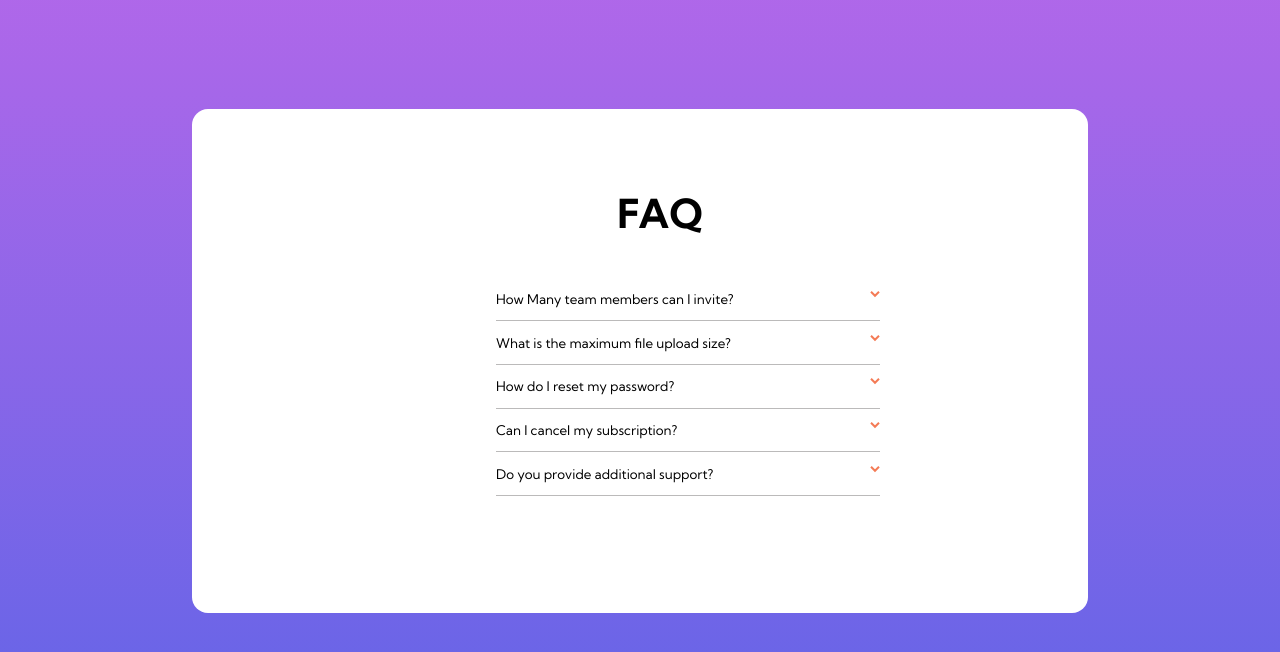
Repository: ryanwilll/ProjetoFAQ
Page: index.html
An editor plug-in stored every save of this project. The page is shown before and after the next save, followed by the edit.
The browser window is 1280 px wide. The pictures show the whole page.

Above is the page before, as saved 2022-10-27 20:15:12.

After the next save:
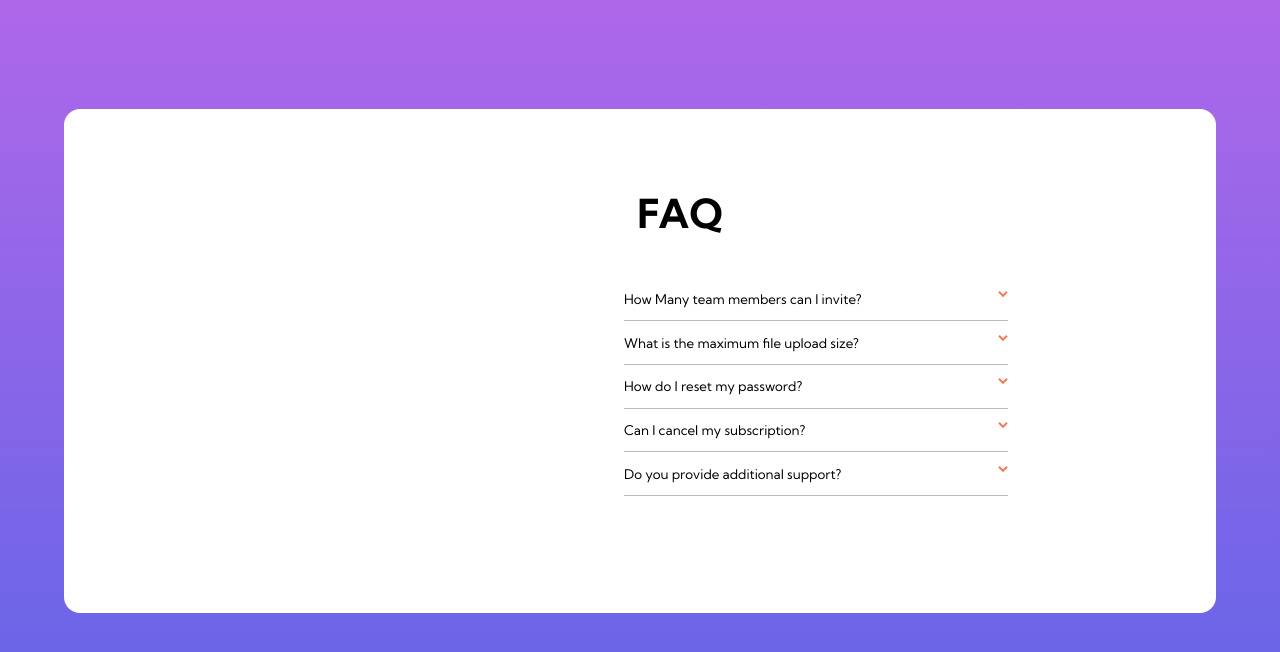
Saved 7 s later.
--- a/css/allmedia.css
+++ b/css/allmedia.css
@@ -130,7 +130,7 @@
   .card-white {
     background-color: white;
     height: 70vh;
-    width: 70vw;
+    width: 90vw;
     margin: 8em auto 0.4em auto;
     border-radius: 1em;
     padding-bottom: 5em;
@@ -141,7 +141,7 @@
     font-weight: 600;
     padding-top: 2em;
     box-sizing: border-box;
-    margin-left: 1em;
+    margin-left: 2em;
   }
   .card-white .faq-menu .text {
     border-bottom: 1px solid rgb(187, 186, 186);
